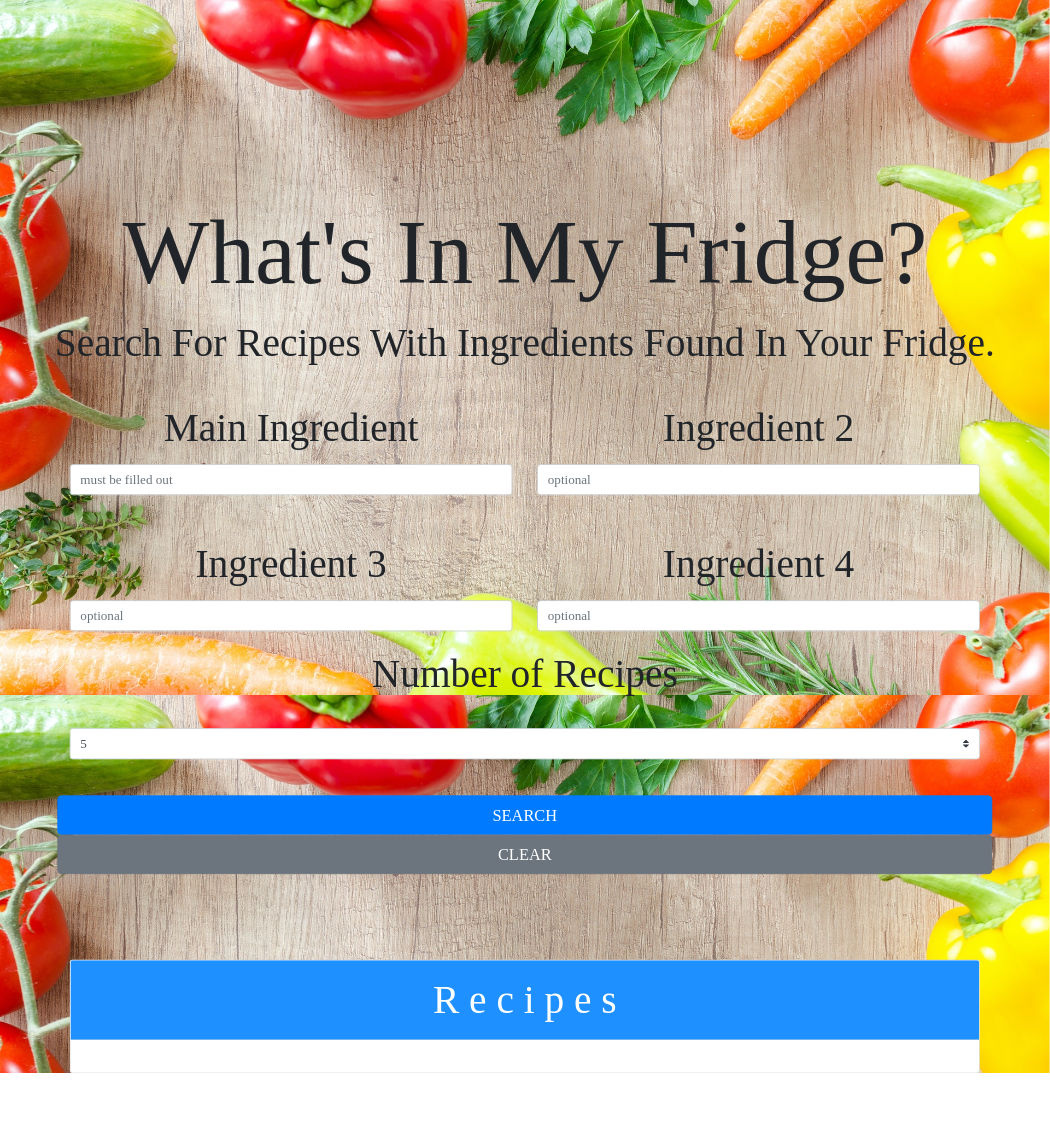
Repository: ogipajic/Recipe_API
Page: nateIndex.html
The author's editor kept a copy of each file at every save. The page is drawn from the files as they stood at one save, then again after the next save.
The browser window is 1280 px wide. The pictures show the whole page, at 82% of full size.
Backgrounds fixed to the window are drawn as part of the page. Some web fonts or font styles are not loaded; a fallback is used.

Above is the page before, as saved 2020-07-14 17:27:50.

### nateIndex.html
<!DOCTYPE html>
<html lang="en">
<head>
    <meta charset="UTF-8">
    <meta name="viewport" content="width=device-width, initial-scale=1.0">
  <link rel="stylesheet" href="https://stackpath.bootstrapcdn.com/bootstrap/4.5.0/css/bootstrap.min.css" integrity="sha384-9aIt2nRpC12Uk9gS9baDl411NQApFmC26EwAOH8WgZl5MYYxFfc+NcPb1dKGj7Sk" crossorigin="anonymous">
  <link rel="stylesheet" href="stylesheet.css">
  <link href="https://fonts.googleapis.com/css2?family=Annie+Use+Your+Telescope&family=Lemon&display=swap" rel="stylesheet">
  <title>What's In My Fridge?</title>
  <!-- Fixes issue of text extending past card length-->
  <style>
      .card-body a {
          word-break: break-all;
      }
      .recipeHeadLine {
          line-height: 1.5;
      }
  </style>
</head>
<body>

    <form id = "newForm">

        <div class="header">
      <h1 class="display-4">What's In My Fridge?</h1>
      <p class="lead">Search For Recipes With Ingredients Found In Your Fridge.</p>
            </div>
          </div>
     <div class="container">
     <form>
          <div class="row">
              <div class="col-sm-6">
        <div class="form-group">
          <label for="search">Main Ingredient</label>
          <input type="text" class="form-control" id="main-ingredient" placeholder="must be filled out">
        </div>
              </div>
              <div class="col-sm-6">
        <div class="form-group">
            <label for="search">Ingredient 2</label>
            <input type="text" class="form-control" id="ingredient-2" placeholder="optional">
          </div>
          </div>
        </div>
        <div class="row">
            <div class="col-sm-6">
          <div class="form-group">
            <label for="search">Ingredient 3 </label>
            <input type="text" class="form-control" id="ingredient-3" placeholder="optional">
          </div>
        </div>
        <div class="col-sm-6">
          <div class="form-group">
            <label for="search">Ingredient 4</label>
            <input type="text" class="form-control" id="ingredient-4" placeholder="optional">
          </div>
          </div>
          </div>
        </div>
      </div>
      </form>
    </form>

    <div class="container">
        <div class="form-group">
            <label for="pwd">Number of Recipes</label>
            <select id="recipe-count" class="custom-select" aria-labelledby="dropdownMenuButton">
              <option selected value="1">1</option>
              <!-- Setting the option for 5 as default -->
              <option value="5" selected>5</option>
              <option value="10">10</option>
            </select>
          </div>

          <div class="row">

            <!--buttons -->
            <button type="submit" id="run-search" class="btn btn-primary btn-lg btn-block">SEARCH</button>
            <p id="results"></p>
            <button type="button" id="clear-all" class="btn btn-secondary btn-lg btn-block"
            onclick = "newFunction()" value = "clear">CLEAR
            </button>
            </div>
        </div>
    </div>

    <form class="container">
      <!-- handle all of the retrieved recipes -->
    <div class="row">
      <div class="col-sm-12">
        <br>
        <div class="card">
          <!-- card Heading for the retrieved recipes box -->
          <div class="card-header">
           <i class="fa fa-table"></i> R e c i p e s
          </div>
          <!-- This main card will hold each of the resulting recipes -->
          <div class="card-body" id="recipe-section"></div>
        </div>
      </div>
    </div>

    <script src="https://code.jquery.com/jquery-3.5.1.min.js" integrity="sha256-9/aliU8dGd2tb6OSsuzixeV4y/faTqgFtohetphbbj0=" crossorigin="anonymous"></script>
    <script src="https://ajax.googleapis.com/ajax/libs/jquery/3.4.1/jquery.min.js"></script>
    <script src="https://cdn.jsdelivr.net/npm/popper.js@1.16.0/dist/umd/popper.min.js" integrity="sha384-Q6E9RHvbIyZFJoft+2mJbHaEWldlvI9IOYy5n3zV9zzTtmI3UksdQRVvoxMfooAo" crossorigin="anonymous"></script>
    <script src="https://stackpath.bootstrapcdn.com/bootstrap/4.5.0/js/bootstrap.min.js" integrity="sha384-OgVRvuATP1z7JjHLkuOU7Xw704+h835Lr+6QL9UvYjZE3Ipu6Tp75j7Bh/kR0JKI" crossorigin="anonymous"></script>
 <script src="script.js"></script>
 <script src="ncscript.js"></script>
</body>
</html>

### stylesheet.css
/* Body font style and font size */
body {
    font-size: 3rem;
    font-family: 'Annie Use Your Telescope', cursive;
    background-image: url(Assets/carrots-food-fresh-freshness-616404.jpg);
    background-position: center center;
    background-repeat: no-repeat;
    background-attachment: fixed;
    background-size: cover;
}

/* Font and image within jumbotron */
.header {
    text-align: center;
    margin-top: 15rem;
}

.display-4 {
    font-size: 7rem;
}

.lead {
    font-size: 3rem;
}

/* Search Results Text */
.panel-heading {
    margin-top: 2rem;
    text-align: center;
}

/* Results Area -XXXX */
.panel-body {
    text-align: center;
}

.panel-title {
    font-size: 45px;
}

.row {
    margin-top: 2rem;
    display: flex;
    justify-content: center;
}

.card-header {
    background-color: dodgerblue;
    color: white;
}

.card-header {
    text-align: center;
}

.container {
    text-align: center;
}

  @media screen and (max-width: 768px) {
    .container {
      width:100%;
      margin:0;
      border-radius:0;

    }
  }

### script.js
$(document).ready(function () {
    console.log("Lets Eat!");
  });

  function updatePage(recipeData) {

    var numRecipes = $("#recipe-count").val();
    console.log(recipeData);

    for (let i = 0; i < numRecipes; i++) {

        // Get specific recipe info for our current index

        var recipe = recipeData.recipes[i];

        // Increase the recipeCount (track recipe # - starting at 1)

        var recipeCount = i + 1;

        // If the recipe has a title, log and append to recipeList

        var title = recipe.title;

        var recipeList =
        "<ul class='list-group'>" + " <li class='list-group-item recipeTitle'>";

        if (title) {
        console.log(title);

        recipeList +=
          "<span class='label label-primary'>" +
          recipeCount +
          ".  </span>" +
          title;
      }

      // If the recipe has a summary, log and append to recipeList

      var summary = recipe.summary;

      if (summary) {
        console.log(summary);
        recipeList += "<h5>" + summary + "</h5>";
      }

      // Log instructions, and append to document if it exists

      var instructions = recipe.instructions;

      if (instructions) {
        recipeList += "<h5>Section: " + instructions + "</h5>";
      }

      // Log ingredients

      var extendedIngredients = Object.values(recipe.extendedIngredients);

      if (extendedIngredients) {

        recipeList +=
          "<h5>" +
          "There are " +
          extendedIngredients.length +
          " extended ingredients. </h5>";
      }

      // Append and log URL

      var sourceURL = recipe.sourceUrl;

      if (sourceURL) {
        recipeList += "<a href='" + sourceURL + "'>" + sourceURL + "</a>";
      }
      $("#recipe-section").append(recipeList);
    }
  }

  function clear() {
      $("#recipe-section").empty();
  }

  // .on("click") function associated with the Search Button

  $("#run-search").on("click", function (event) {
    event.preventDefault();

    clear();

    var ingredient = $("#main-ingredient").val().trim();

    //If user provides a second ingredient

    var ingredient1 = $("#ingredient-2").val().trim();

    // If a user provides a third ingredient
    var ingredient2 = $("#ingredient-3").val().trim();

    // If a user provides a fourth ingredient

    var ingredient3 = $("#ingredient-4").val().trim();

    var tag =
      ingredient + "," + ingredient1 + "," + ingredient2 + "," + ingredient3;

      var settings = {
      async: true,
      crossDomain: true,
      url:
        "https://spoonacular-recipe-food-nutrition-v1.p.rapidapi.com/recipes/random?number=10&tags=" +
        tag,
      method: "GET",
      headers: {
        "x-rapidapi-host": "spoonacular-recipe-food-nutrition-v1.p.rapidapi.com",
        "x-rapidapi-key": "ac032b7765msh7b7ea8d251892bbp18630ejsnfccfef5696ae",
      },
    };

    $.ajax(settings).done(function (response) {
      console.log(response);
      updatePage(response);
    });

    function newFunction() {
        document.getElementById("newForm").reset();
    }
  });

Loaded but not shown: ncscript.js (no stored copy; drawn as an empty file)

After the next save:
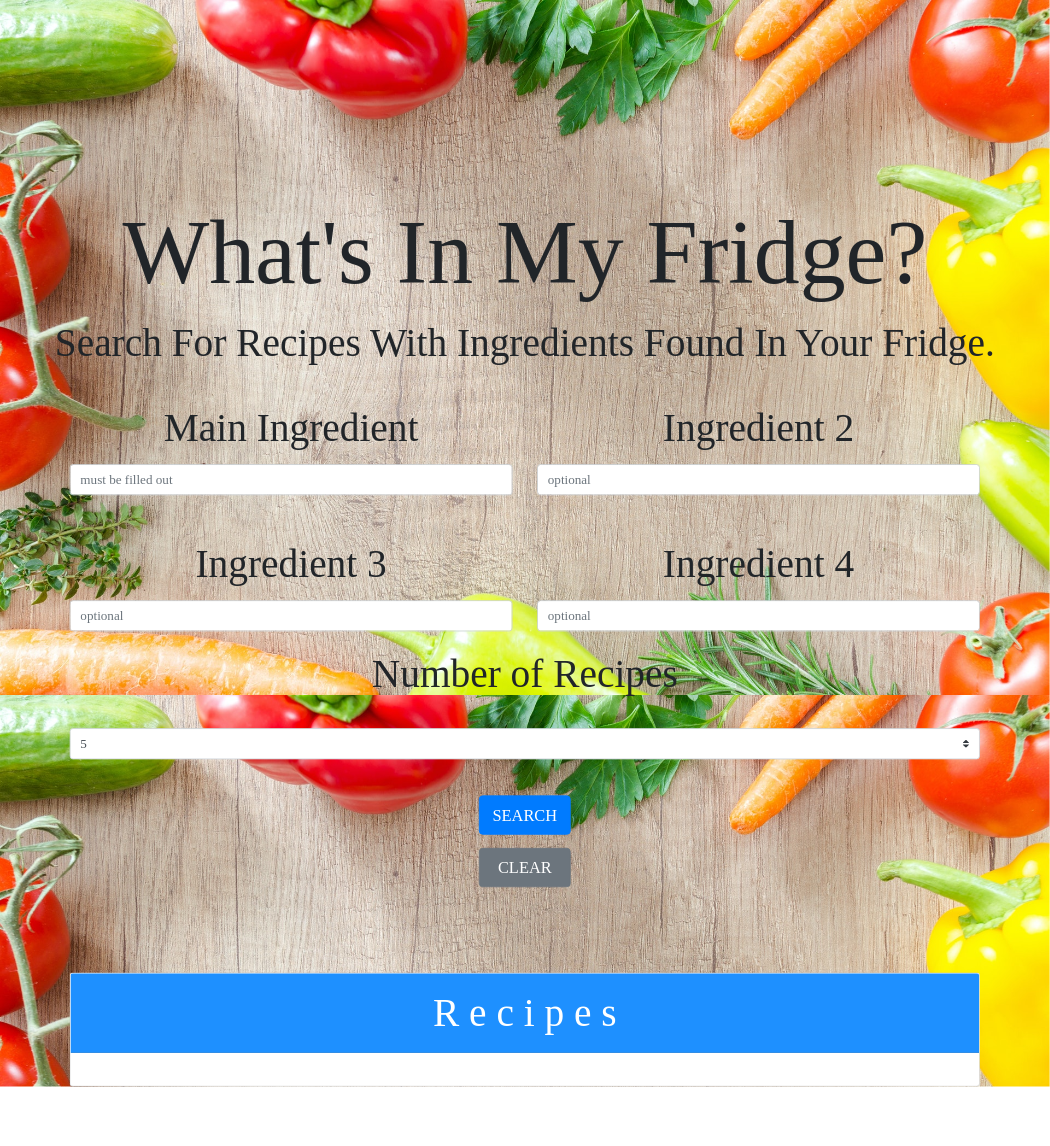
Saved 91 s later.
--- a/nateIndex.html
+++ b/nateIndex.html
@@ -18,8 +18,6 @@
   </style>
 </head>
 <body>
-
-    <form id = "newForm">
 
         <div class="header">
       <h1 class="display-4">What's In My Fridge?</h1>
@@ -75,11 +73,13 @@
           <div class="row">
 
             <!--buttons -->
+            <form id = "newForm">
             <button type="submit" id="run-search" class="btn btn-primary btn-lg btn-block">SEARCH</button>
             <p id="results"></p>
             <button type="button" id="clear-all" class="btn btn-secondary btn-lg btn-block"
             onclick = "newFunction()" value = "clear">CLEAR
             </button>
+            </form>
             </div>
         </div>
     </div>
